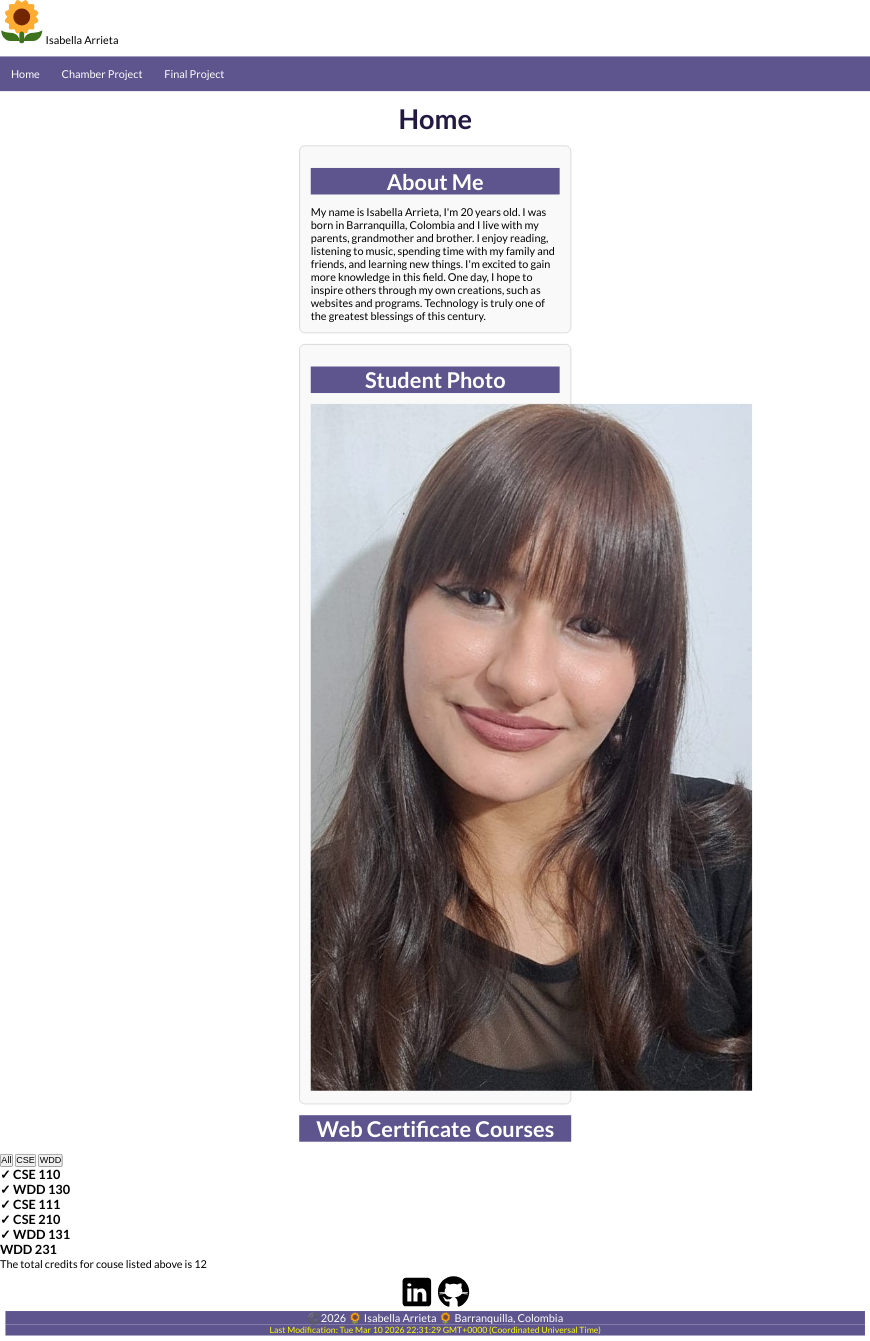
Repository: isaAJ05/wdd231
Page: index.html
The author's editor kept a copy of each file at every save. The page is drawn from the files as they stood at one save, then again after the next save.
The browser window is 1280 px wide. The pictures show the whole page, at 68% of full size.
Some web fonts or font styles are not loaded; a fallback is used.

Above is the page before, as saved 2026-03-10 23:47:44.

### index.html
<!DOCTYPE html>
<html lang="en">
<head>
    <meta charset="UTF-8">
    <meta name="viewport" content="width=device-width, initial-scale=1.0">
    <title>WDD 231 – Web Frontend Development I – Isabella Arrieta</title>
    <meta name="description" content="WDD 231 – Web Frontend Development I Isabella Arrieta, This is a page about me">
    <meta name="author" content="Isabella Arrieta">
    <link rel="stylesheet" href="styles/normalize.css">
    <link rel="preconnect" href="https://fonts.googleapis.com">
    <link rel="preconnect" href="https://fonts.gstatic.com" crossorigin>
    <link href="https://fonts.googleapis.com/css2?family=Lato:ital,wght@0,100;0,300;0,400;0,700;0,900;1,100;1,300;1,400;1,700;1,900&family=Open+Sans:ital,wght@0,300..800;1,300..800&family=Play:wght@400;700&family=Raleway:ital,wght@0,100..900;1,100..900&display=swap" rel="stylesheet">
    <script src="scripts/getdates.js" defer></script>
    <script src="scripts/hamburguer.js" defer></script>
    <script src="scripts/courses.js" defer></script>
</head>
<body>
    <header>
        <div class="title">
            <img src="images/sunflower-svgrepo-com.svg" alt="Isabella Arrieta logo">
            <span>Isabella Arrieta</span>
        </div>
        <button id="menu" aria-label="Open menu"></button>
        <nav>
            <ul class="navigation">
			<li><a href="index.html">Home</a></li>
			<li><a href="#" class="chamber">Chamber Project</a></li>
			<li><a href="#" class="final">Final Project</a></li>
		</ul>
        </nav>
    </header>
    <main>
        <h1>Home</h1>
        <section class="card">
            <div class="rectangle">
                <h2>About Me</h2>
            </div>
            <div class="presentation">
            <p>My name is Isabella Arrieta, I'm 20 years old. I was born in Barranquilla, Colombia and I live with my parents, grandmother and brother. I enjoy reading, listening to music, spending time with my family and friends, and learning new things. I'm excited to gain more knowledge in this field. One day, I hope to inspire others through my own creations, such as websites and programs. Technology is truly one of the greatest blessings of this century.</p>
            </div>
            </section>

        <section class="card">
            <div class="rectangle">
                <h2>Student Photo</h2>
            </div>
            <img src ="images/isa.jpg" alt="Isabella Arrieta picture">
            </section>

        <section class="card2">
            <div class="rectangle">
                <h2>Web Certificate Courses</h2>
            </div>
               <div class="course-buttons">
                <button id="all">All</button>
                <button id="cse">CSE</button>
                <button id="wdd">WDD</button>
            </div>

            <div id="courses"></div>

            <p>The total credits for couse listed above is <span id="totalCredits"></span></p>

        </section>
    </main>
    <footer>
        <div class ="icons">
                <a href="https://www.linkedin.com/in/isabella-arrieta/" target="_blank"><img src="images/icons8-linkedin.svg" alt="LinkedIn icon"></a>
                <a href="https://github.com/isaaj05" target="_blank"><img src="images/icons8-github.svg" alt="GitHub icon"></a>
        </div>
        <p>
            ©️<span id="currentyear"></span> 🌻 Isabella Arrieta 🌻 Barranquilla, Colombia
        </p>
        <p class="last-modified">
            <span id="lastModified"></span>
        </p>
    </footer>

</body>
</html>

### styles/normalize.css
:root {
    --primary-color: #231942;
    --secondary-color: #5e548e;
    --font: "Lato", sans-serif;
}
* {
	margin: 0;
	padding: 0;
	box-sizing: border-box;
}
body{
	font-family: var(--font);
}
h1 {
	text-align: left;
	color: var(--primary-color);
	font-size: 1.5rem;
	margin-left: 1rem;
	position: left;
}

h2 {
	font-size: 1.2rem;
	color: #fff;
	text-align: left;
	margin: 1rem;
	}
header {
    position: relative;

}
nav {
	margin: 1rem auto;
}

/* small view navigation */
#menu {
	font-size: 1.5rem;
	border: 0;
	background: none;
	color: #000;
 	position: absolute;
  top: 1rem;
	right: 1rem;
}

#menu::before {
	content: "☰";
}

#menu.open::before {
	content: "✖️";
}

.navigation {
	display: flex;
	flex-direction: column;
	list-style: none;
	background-color: var(--secondary-color);
	color: #fff;
}

.navigation a {
	display: none;
	padding: 1rem;
	text-align: center;
	text-decoration: none;
	color: #fff;
}
.navigation a:hover {
	background-color: #bbb;
	color: #333;
	font-weight: 700;
}

/* when the button is clicked - the open class is toggled (added/removed) */
.open a {
	display: block;
}

.active::before {
	content: "📍";  /* just a wayfinding symbol for the user */
}

.card {
	border: 1px solid #ccc;
	border-radius: 8px;
	padding: 1rem;
	margin: 1rem auto;
	max-width: 400px;
	background-color: #f9f9f9;
}
.rectangle{
	margin: 1rem auto;
	max-width: 400px;
	background-color: var(--secondary-color);


}

footer {
    color:  #fff;
    text-align: center;
    padding: 8px;
}
footer p {
    background: var(--secondary-color);
}
.last-modified {
    font-size: 0.8rem;
    color: yellow;
}

/* large view navigation ************************************/
@media (min-width: 37.5em) {
	h1 {
		font-size: 2.5rem;
		margin-left: 0;
		text-align: center;
	}

	h2 {
		font-size: 2rem;
		text-align: center;
	}

	#menu {
		display: none; /* hide hamburger button */
	}

	.navigation {
		flex-direction: row;
	}

	.navigation a {
		display: block;
		flex: 1 1 100%;
	}

	.stuff {
		margin: 1rem auto;
	}
}

### scripts/getdates.js
const year = document.querySelector("#currentyear");
const today = new Date();
year.innerHTML = `<span class="highlight">${today.getFullYear()}</span>`;
const lastMod = document.querySelector("#lastModified");
let oLastModif = new Date(document.lastModified);
lastMod.innerHTML = `Last Modification: <span class="highlight">${oLastModif}</span>`;

### scripts/hamburguer.js
const hamButton = document.querySelector('#menu');
const navigation = document.querySelector('.navigation');
const title = document.querySelector('.title');

hamButton.addEventListener('click', () => {
	navigation.classList.toggle('open');
    hamButton.classList.toggle('open');
    title.classList.toggle('open');
});

### scripts/courses.js
// here we select the elements we need to interact with
const courseContainer = document.querySelector("#courses"); // container for the course cards
const totalCredits = document.querySelector("#totalCredits"); // element to display total credits
// buttons to filter courses
const allBtn = document.querySelector("#all");
const cseBtn = document.querySelector("#cse");
const wddBtn = document.querySelector("#wdd");
// array given by the university with all the courses in the web certificate program
const courses = [
    {
        subject: 'CSE',
        number: 110,
        title: 'Introduction to Programming',
        credits: 2,
        certificate: 'Web and Computer Programming',
        description: 'This course will introduce students to programming. It will introduce the building blocks of programming languages (variables, decisions, calculations, loops, array, and input/output) and use them to solve problems.',
        technology: [
            'Python'
        ],
        completed: true
    },
    {
        subject: 'WDD',
        number: 130,
        title: 'Web Fundamentals',
        credits: 2,
        certificate: 'Web and Computer Programming',
        description: 'This course introduces students to the World Wide Web and to careers in web site design and development. The course is hands on with students actually participating in simple web designs and programming. It is anticipated that students who complete this course will understand the fields of web design and development and will have a good idea if they want to pursue this degree as a major.',
        technology: [
            'HTML',
            'CSS'
        ],
        completed: true
    },
    {
        subject: 'CSE',
        number: 111,
        title: 'Programming with Functions',
        credits: 2,
        certificate: 'Web and Computer Programming',
        description: 'CSE 111 students become more organized, efficient, and powerful computer programmers by learning to research and call functions written by others; to write, call , debug, and test their own functions; and to handle errors within functions. CSE 111 students write programs with functions to solve problems in many disciplines, including business, physical science, human performance, and humanities.',
        technology: [
            'Python'
        ],
        completed: true
    },
    {
        subject: 'CSE',
        number: 210,
        title: 'Programming with Classes',
        credits: 2,
        certificate: 'Web and Computer Programming',
        description: 'This course will introduce the notion of classes and objects. It will present encapsulation at a conceptual level. It will also work with inheritance and polymorphism.',
        technology: [
            'C#'
        ],
        completed: true
    },
    {
        subject: 'WDD',
        number: 131,
        title: 'Dynamic Web Fundamentals',
        credits: 2,
        certificate: 'Web and Computer Programming',
        description: 'This course builds on prior experience in Web Fundamentals and programming. Students will learn to create dynamic websites that use JavaScript to respond to events, update content, and create responsive user experiences.',
        technology: [
            'HTML',
            'CSS',
            'JavaScript'
        ],
        completed: true
    },
    {
        subject: 'WDD',
        number: 231,
        title: 'Frontend Web Development I',
        credits: 2,
        certificate: 'Web and Computer Programming',
        description: 'This course builds on prior experience with Dynamic Web Fundamentals and programming. Students will focus on user experience, accessibility, compliance, performance optimization, and basic API usage.',
        technology: [
            'HTML',
            'CSS',
            'JavaScript'
        ],
        completed: false
    }
]
// function to display the courses on the page
function displayCourses(courseList) {
    courseContainer.innerHTML = ""; // clear the container before adding new courses

    courseList.forEach(course => {
        const card = document.createElement("div"); // create a card for each course
        card.classList.add("course-card");

        if (course.completed) {
            card.classList.add("completed");// add a class to indicate the course is completed
        }

        card.innerHTML = `
            <h3>${course.completed ? '✓' : ''} ${course.subject} ${course.number}</h3>
        `;

        courseContainer.appendChild(card); // add the card to the container
    });

    calculateCredits(courseList);
}
function calculateCredits(courseList) {
    const total = courseList.reduce((sum, course) => sum + course.credits, 0); // calculate the total credits by summing the credits of all courses in the list
    totalCredits.textContent = total;
}

allBtn.addEventListener("click", () => {
    displayCourses(courses);
});

cseBtn.addEventListener("click", () => {
    const cseCourses = courses.filter(course => course.subject === "CSE");
    displayCourses(cseCourses);
});

wddBtn.addEventListener("click", () => {
    const wddCourses = courses.filter(course => course.subject === "WDD");
    displayCourses(wddCourses);
});

displayCourses(courses);

After the next save:
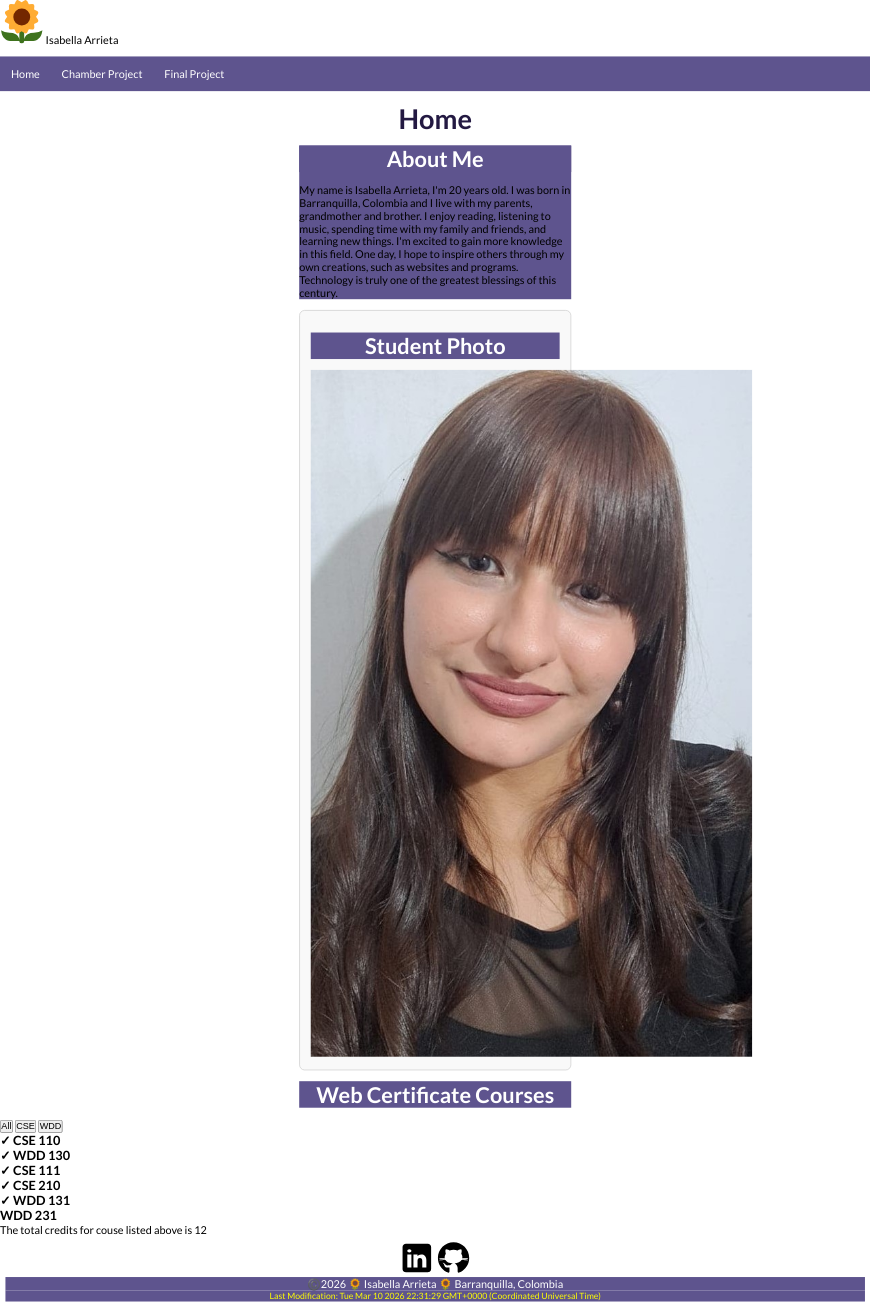
Saved 19 s later.
--- a/index.html
+++ b/index.html
@@ -31,7 +31,7 @@
     </header>
     <main>
         <h1>Home</h1>
-        <section class="card">
+        <section class="rectangle">
             <div class="rectangle">
                 <h2>About Me</h2>
             </div>
